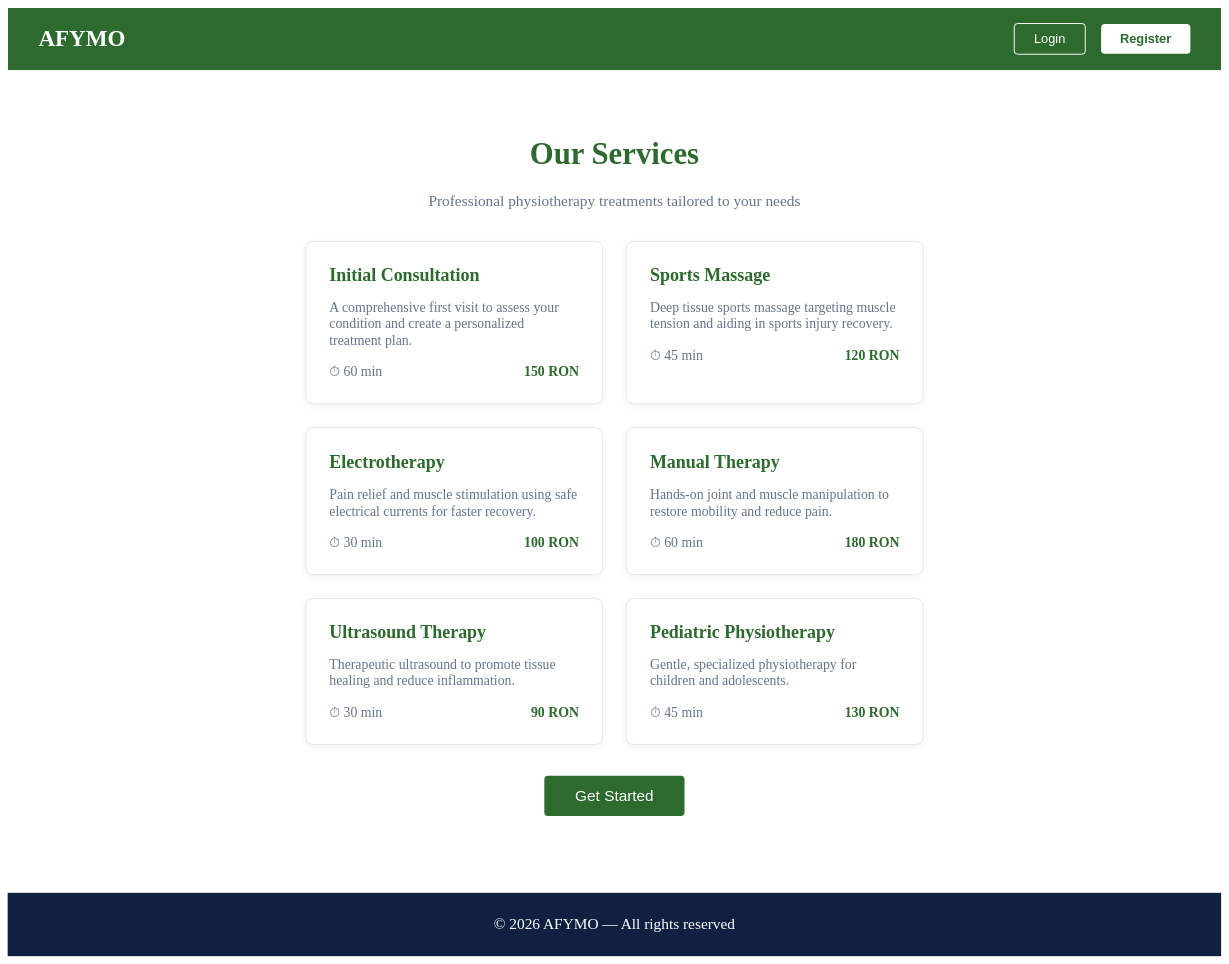
Repository: Bogo02/PhysioApp
Page: /services (app in physioapp-frontend/)
These files come from the project's save history. The page is drawn as it stood at one moment and after the next save; the edit follows.
The browser window is 1280 px wide. The pictures show the whole page, at 96% of full size.
The project was rebuilt for these pictures with package versions that can differ from the ones it lists, and the page was loaded fresh each time. Also part of the build but not shown: physioapp-frontend/vite.config.js, physioapp-frontend/src/index.css, physioapp-frontend/src/pages/Home.jsx, physioapp-frontend/src/pages/Login.jsx, physioapp-frontend/src/pages/Register.jsx, physioapp-frontend/src/pages/Dashboard.jsx, physioapp-frontend/src/pages/Appointments.jsx, physioapp-frontend/src/pages/BookAppointment.jsx and 3 more.

Above is the page before, as saved 2026-06-04 02:55:10.

After the next save:
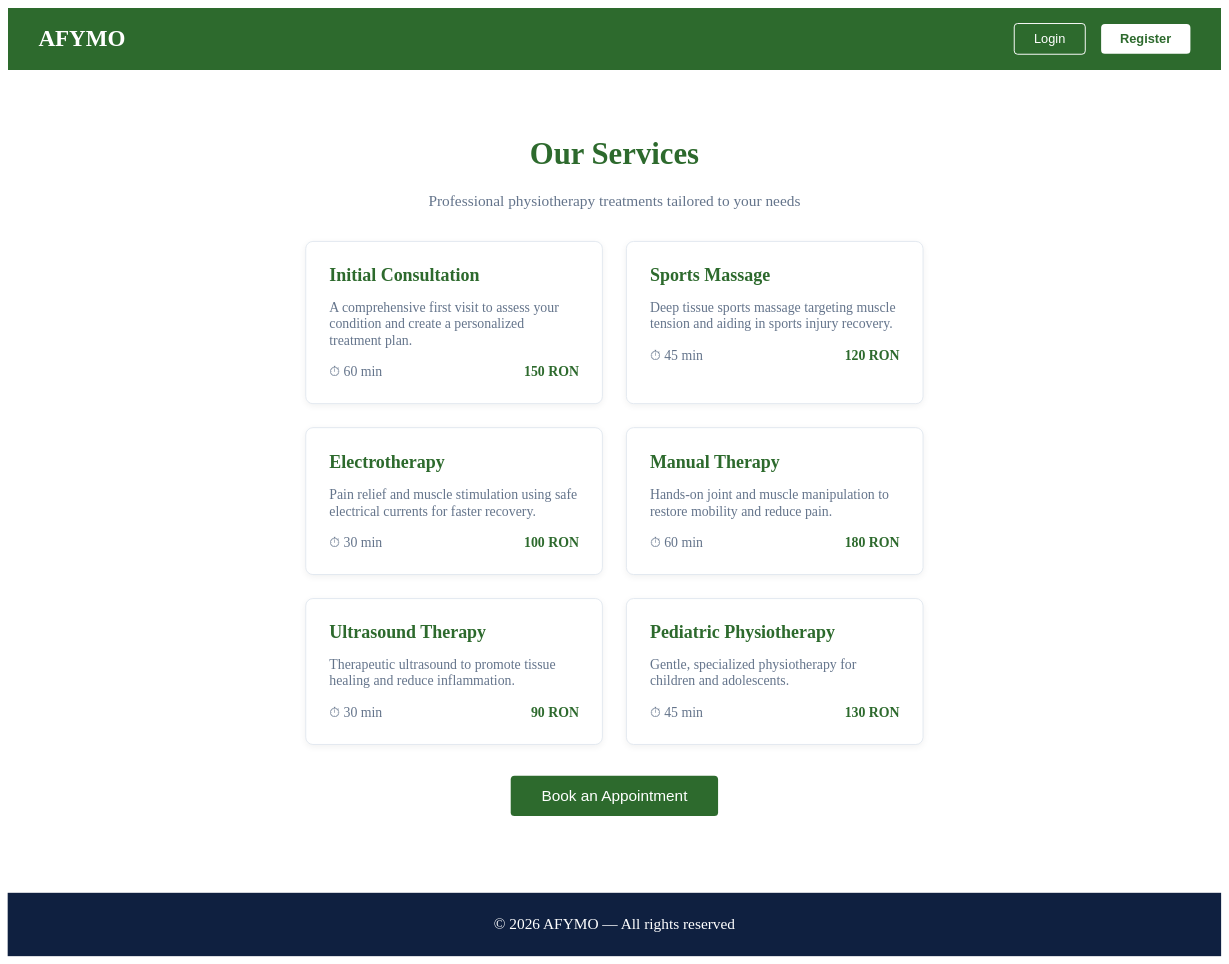
Saved 32 s later.
--- a/physioapp-frontend/src/pages/Services.jsx
+++ b/physioapp-frontend/src/pages/Services.jsx
@@ -79,7 +79,7 @@
             <button onClick={() => navigate('/register')} style={{
               padding: '0.75rem 2rem', background: '#2d6a2d', color: 'white',
               border: 'none', borderRadius: '4px', cursor: 'pointer', fontSize: '1rem'
-            }}>Get Started</button>
+            }}>Book an Appointment</button>
           )}
         </div>
       </div>

After the save that followed:
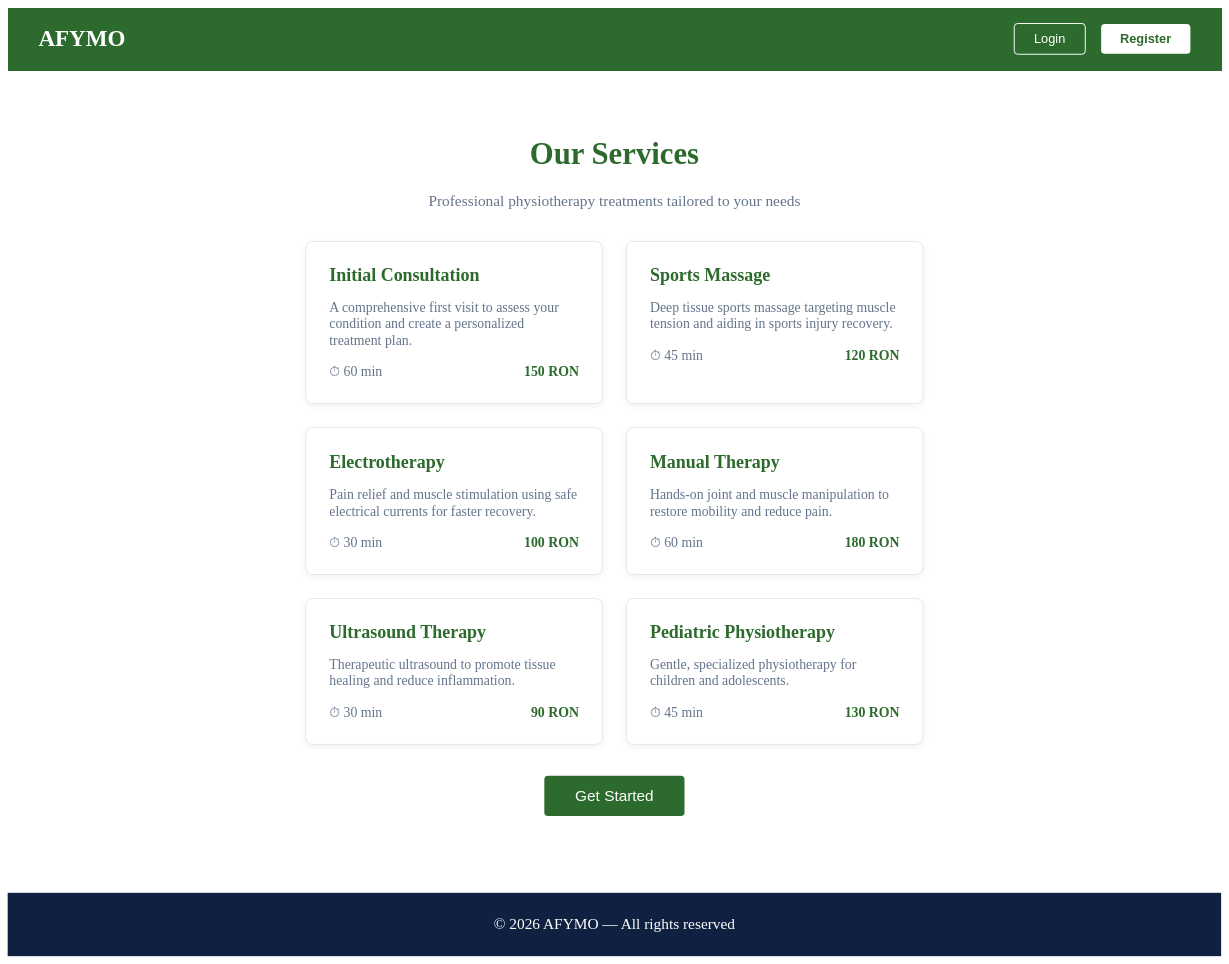
Saved 7 s later.
--- a/physioapp-frontend/src/pages/Services.jsx
+++ b/physioapp-frontend/src/pages/Services.jsx
@@ -79,7 +79,7 @@
             <button onClick={() => navigate('/register')} style={{
               padding: '0.75rem 2rem', background: '#2d6a2d', color: 'white',
               border: 'none', borderRadius: '4px', cursor: 'pointer', fontSize: '1rem'
-            }}>Book an Appointment</button>
+            }}>Get Started</button>
           )}
         </div>
       </div>
